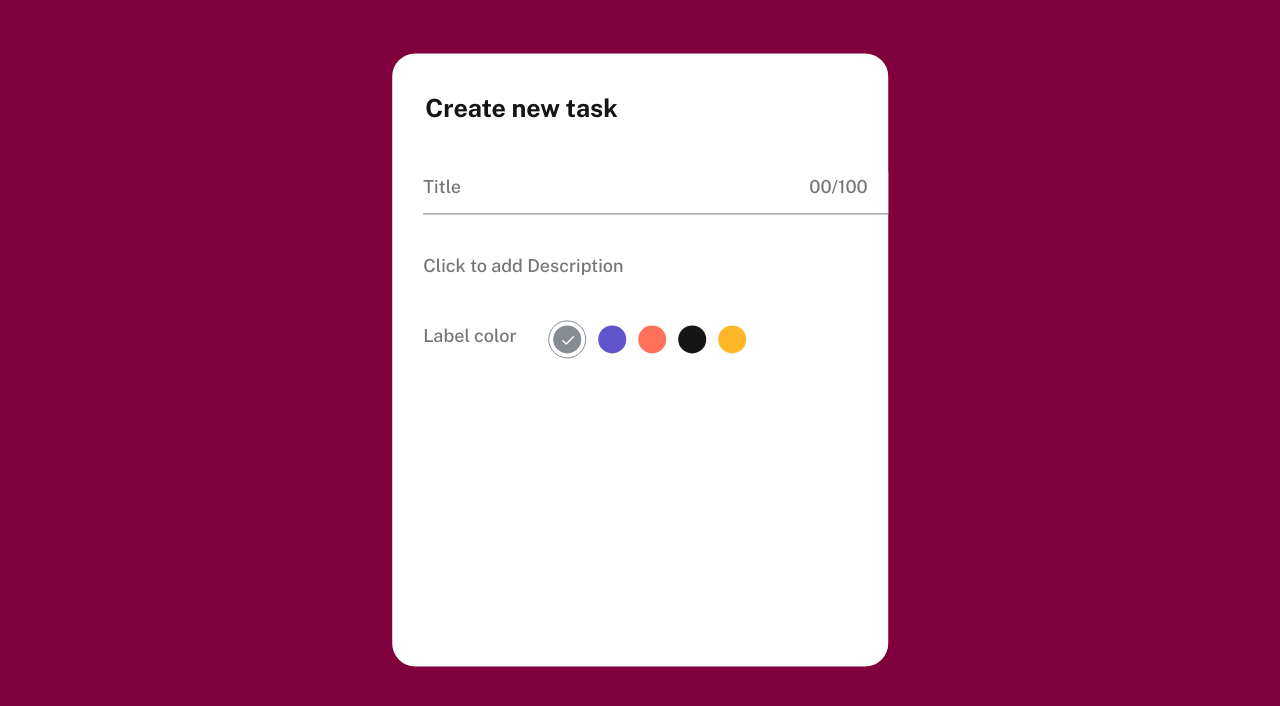
Repository: MorgunovaAlexandra/verstka-form
Page: index.html
These files come from the project's save history. The page is drawn as it stood at one moment and after the next save; the edit follows.
The browser window is 1280 px wide. The pictures show the whole page.
The style sheet was rebuilt from its Sass, Less or Tailwind sources for each picture, by a compiler version that may differ from the author's.

Above is the page before, as saved 2022-06-24 13:25:46.

### index.html
<!DOCTYPE html>
<html lang="ru">
<head>
    <meta charset="UTF-8">
    <meta http-equiv="X-UA-Compatible" content="IE=edge">
    <meta name="viewport" content="width=device-width, initial-scale=1.0">
    <link rel="stylesheet" href="./css/style.css">
    <title>Document</title>
</head>
<body>
    <div class="wrapper">
       <form class="form">

           <div class="fieldset">
            <legend><b>Create new task</b></legend>
            <div class="form__container __container">
            <div class="text-field">
                <input class="text-field__input" type="text" name="firstname" id="firstname"
                >
                <label class="text-field__label" for="username">Title</label>
                <label class="text-field__label2" for="username">00/100</label>
              </div>
              <div class="form-field__text">Click to add Description</div>
              <div class="form-fied__color field-color">
                  <div class="field-color__text">Label color</div>
                  <div class="field-color__color circle">
                      <div class="circle__border">
                          <div class="circle__color grey">
                              <img class="circle__img" src="./img/done.svg">
                          </div>
                      </div>
                      <div class="circle__color purple"></div>
                      <div class="circle__color red"></div>
                      <div class="circle__color black"></div>
                      <div class="circle__color yellow"></div>
                  </div>
              </div>

              </div>
           </div>
        </form>
    </div>
</body>
</html>

### scss/style.scss
@import "variables";
@import "mixins";
@import url('https://fonts.googleapis.com/css2?family=Public+Sans:wght@500;700&display=swap');
body {
   @include vov(rgb(128, 0, 62));
   font-family:$fontFamily ;
   font-weight: $fontWaight;
   line-height: $lineHeight;
   font-size: $fontSize;
   color:$ColorGrey;
}
.__container{
    padding-left: 31px;
}
.form{
    width: 495.55px;
    height: 613.21px;
    background-color: white;
    border-radius: 23px;
     box-sizing: border-box;
    position: fixed; top: 50%; left: 50%;
    -webkit-transform: translate(-50%, -50%);
    -ms-transform: translate(-50%, -50%);
    transform: translate(-50%, -50%);
}
legend{
    margin-top: 40px;
    margin-left: 31px;
    font-weight: 700;
    font-size: 25px;
    color:$ColorBlack;
}
.text-field{
    position: relative;
    display: flex;
    justify-content: center;
    margin-top: 46px;
    margin-bottom: 36px;

}
.text-field__input{
    width: 100%;
    height: 40px;
    border: none;
    border-bottom: 1px solid $ColorGrey ;

    }
.text-field__label{
   position: absolute;
   left: 0px;

}
.text-field__label2{
    position: absolute;
    right: 20px;
}
.form-field__text{
    margin-bottom: 38px;
}
.form-fied__color{
    display: flex;
    justify-content: flex-start;
}
.field-color__text{
margin-right: 32px;
}
.field-color__color{
    display: flex;
   align-items: center;
}

.circle__border{
    position: relative;
    width: 36px;
    height: 36px;
    border-radius: 50%;
    border: 1px solid #878C93;
}
.grey{
    position: absolute;
    width: 28px;
    height: 28px;
    top:4px;
    left: 4px;
    border-color: #878C93;
    border-radius: 50%;
    z-index: 30;

    background-color:
    #878C93;
}
.circle__img{
    position: absolute;
    top:10px;
    left: 8px;
}
.circle__color{
    width: 28px;
    height: 28px;
    border-radius: 50%;
    margin-right:12px ;
}
.purple{
    background-color: #6153CC;
    margin-left: 12px;
}
.red{
    background-color:#FF715B;
}
.black{
    background-color:$ColorBlack;
}
.yellow{
    background-color:#FFB627;
    margin-right:0px ;
}

### scss/variables.scss
$bgColor: green;
$fontFamily:'Public Sans', sans-serif;
$fontWaight:500;
$fontSize:18px;
$lineHeight:31.86px;
$ColorBlack:#151515;
$ColorGrey:#757575;

### scss/mixins.scss
@mixin vov($color) {
    font-size: 30px;
    background-color:$color ;
}

After the next save:
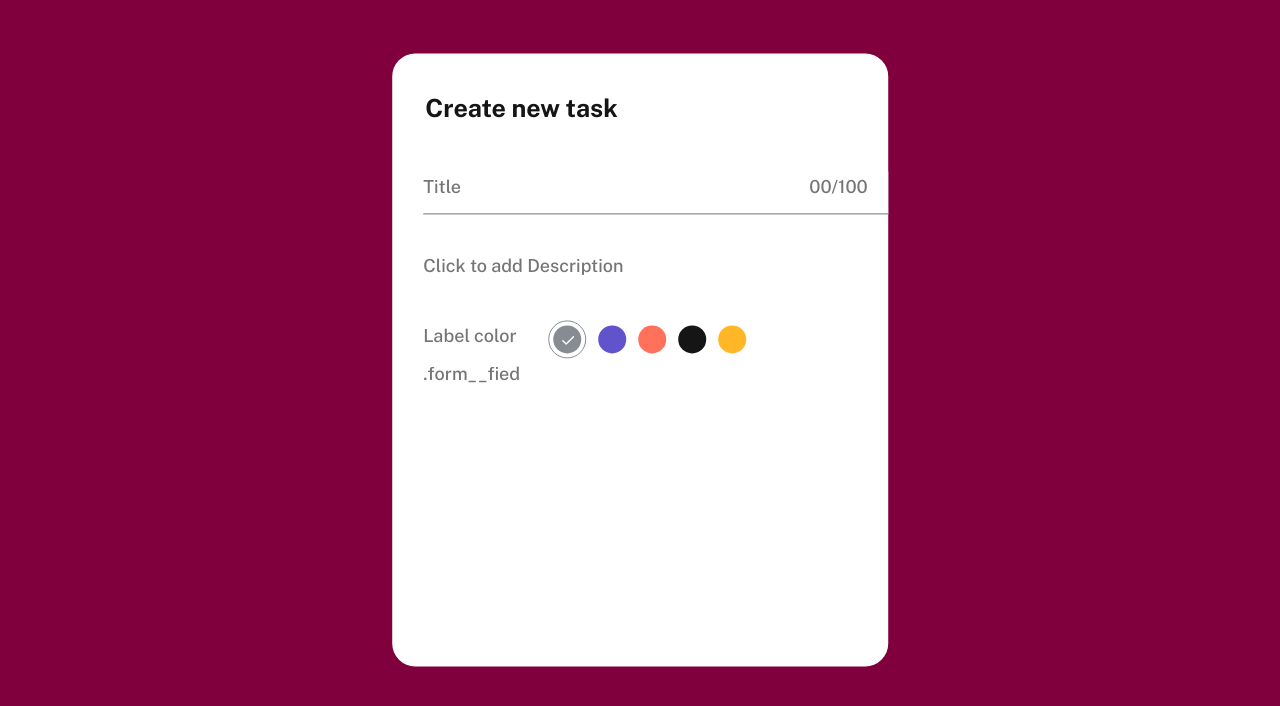
Saved 23 s later.
--- a/index.html
+++ b/index.html
@@ -35,7 +35,7 @@
                       <div class="circle__color yellow"></div>
                   </div>
               </div>
-
+              .form__fied
               </div>
            </div>
         </form>
